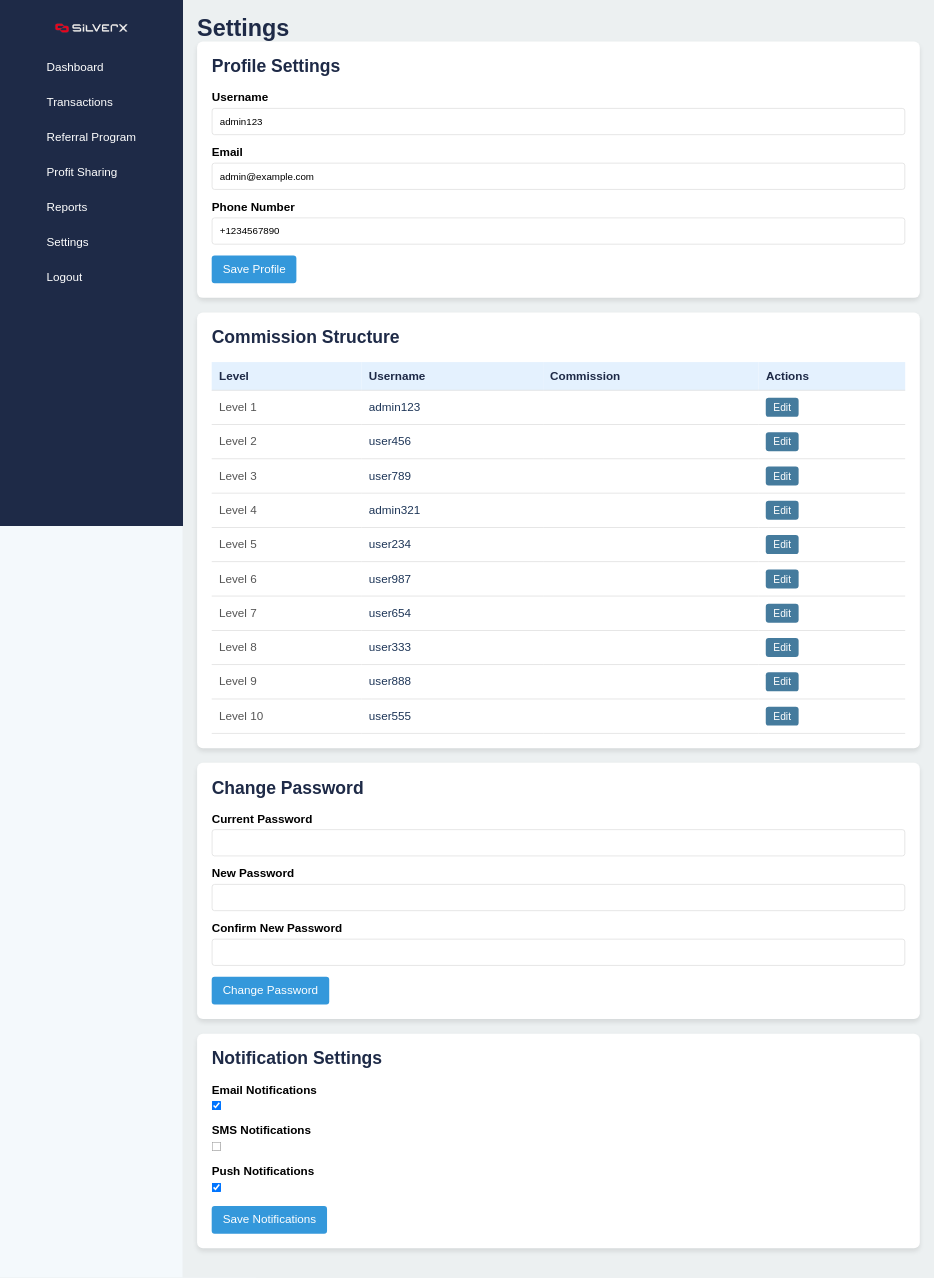
Repository: 2025silverx/slivedrX
Page: setting.html
The author's editor kept a copy of each file at every save. The page is drawn from the files as they stood at one save, then again after the next save.
The browser window is 1280 px wide. The pictures show the whole page, at 73% of full size.

Above is the page before, as saved 2025-01-19 14:25:27.

### setting.html
<!DOCTYPE html>
<html lang="en">
<head>
    <meta charset="UTF-8">
    <meta name="viewport" content="width=device-width, initial-scale=1.0">
    <title>Admin Panel - Settings</title>
    <link rel="stylesheet" href="settings.css">
</head>
<body>
    <!-- Sidebar -->
    <div id="sidebar-container">
        <div class="sidebar">
            <img src="images/logo.png" alt="Sidebar Logo" class="sidebar-logo">
            <ul class="sidebar-links">
                <li><a href="index.html" class="sidebar-link" data-target="dashboard">Dashboard</a></li>
                <li><a href="index2.html" class="sidebar-link" data-target="transactions">Transactions</a></li>
                <li><a href="indesx3.html" class="sidebar-link" data-target="reports">Referral Program</a></li>
                <li><a href="index4.html" class="sidebar-link" data-target="users">Profit Sharing</a></li>
                <li><a href="index5.html" class="sidebar-link" data-target="reports">Reports</a></li>
                <li><a href="setting.html" class="sidebar-link" data-target="settings">Settings</a></li>
                <li><a href="index5.html" class="sidebar-link" data-target="logout">Logout</a></li>
            </ul>
        </div>
    </div>


    <!-- Main Content -->
    <div class="main-content">
        <h1>Settings</h1>

        <!-- Profile Settings Section -->
        <div class="settings-section">
            <h2>Profile Settings</h2>
            <form class="settings-form">
                <div class="form-group">
                    <label for="username">Username</label>
                    <input type="text" id="username" name="username" value="admin123" required>
                </div>
                <div class="form-group">
                    <label for="email">Email</label>
                    <input type="email" id="email" name="email" value="admin@example.com" required>
                </div>
                <div class="form-group">
                    <label for="phone">Phone Number</label>
                    <input type="text" id="phone" name="phone" value="+1234567890" required>
                </div>
                <button type="submit" class="btn">Save Profile</button>
            </form>
        </div>

   <!-- Commission Structure Table -->
   <div class="settings-section">
    <h2>Commission Structure</h2>
    <table class="commission-table">
        <thead>
            <tr>
                <th>Level</th>
                <th>Username</th>
                <th>Commission</th>
                <th>Actions</th>
            </tr>
        </thead>
        <tbody>
            <tr>
                <td>Level 1</td>
                <td><span class="username">admin123</span></td>
                <td><div class="progress-bar high" style="width: 50%;"></div></td>
                <td><button class="edit-btn">Edit</button></td>
            </tr>
            <tr>
                <td>Level 2</td>
                <td><span class="username">user456</span></td>
                <td><div class="progress-bar high" style="width: 40%;"></div></td>
                <td><button class="edit-btn">Edit</button></td>
            </tr>
            <tr>
                <td>Level 3</td>
                <td><span class="username">user789</span></td>
                <td><div class="progress-bar medium" style="width: 30%;"></div></td>
                <td><button class="edit-btn">Edit</button></td>
            </tr>
            <tr>
                <td>Level 4</td>
                <td><span class="username">admin321</span></td>
                <td><div class="progress-bar medium" style="width: 25%;"></div></td>
                <td><button class="edit-btn">Edit</button></td>
            </tr>
            <tr>
                <td>Level 5</td>
                <td><span class="username">user234</span></td>
                <td><div class="progress-bar medium" style="width: 20%;"></div></td>
                <td><button class="edit-btn">Edit</button></td>
            </tr>
            <tr>
                <td>Level 6</td>
                <td><span class="username">user987</span></td>
                <td><div class="progress-bar medium" style="width: 18%;"></div></td>
                <td><button class="edit-btn">Edit</button></td>
            </tr>
            <tr>
                <td>Level 7</td>
                <td><span class="username">user654</span></td>
                <td><div class="progress-bar medium" style="width: 16%;"></div></td>
                <td><button class="edit-btn">Edit</button></td>
            </tr>
            <tr>
                <td>Level 8</td>
                <td><span class="username">user333</span></td>
                <td><div class="progress-bar low" style="width: 15%;"></div></td>
                <td><button class="edit-btn">Edit</button></td>
            </tr>
            <tr>
                <td>Level 9</td>
                <td><span class="username">user888</span></td>
                <td><div class="progress-bar low" style="width: 12%;"></div></td>
                <td><button class="edit-btn">Edit</button></td>
            </tr>
            <tr>
                <td>Level 10</td>
                <td><span class="username">user555</span></td>
                <td><div class="progress-bar low" style="width: 10%;"></div></td>
                <td><button class="edit-btn">Edit</button></td>
            </tr>
        </tbody>
    </table>
</div>

<!-- Change Password Section -->
<div class="settings-section">
    <h2>Change Password</h2>
    <form class="settings-form">
        <div class="form-group">
            <label for="current-password">Current Password</label>
            <input type="password" id="current-password" name="current-password" required>
        </div>
        <div class="form-group">
            <label for="new-password">New Password</label>
            <input type="password" id="new-password" name="new-password" required>
        </div>
        <div class="form-group">
            <label for="confirm-password">Confirm New Password</label>
            <input type="password" id="confirm-password" name="confirm-password" required>
        </div>
        <button type="submit" class="btn">Change Password</button>
    </form>
</div>

<!-- Notification Settings Section -->
<div class="settings-section">
    <h2>Notification Settings</h2>
    <form class="settings-form">
        <div class="form-group">
            <label for="email-notifications">Email Notifications</label>
            <input type="checkbox" id="email-notifications" name="email-notifications" checked>
        </div>
        <div class="form-group">
            <label for="sms-notifications">SMS Notifications</label>
            <input type="checkbox" id="sms-notifications" name="sms-notifications">
        </div>
        <div class="form-group">
            <label for="push-notifications">Push Notifications</label>
            <input type="checkbox" id="push-notifications" name="push-notifications" checked>
        </div>
        <button type="submit" class="btn">Save Notifications</button>
    </form>
</div>
</div>

<script src="settings.js"></script>
</body>
</html>

### settings.css
/* Reset some default styles */
* {
    margin: 0;
    padding: 0;
    box-sizing: border-box;
}

/* General Styles */
body {
    font-family: Arial, sans-serif;
    background-color: #f4f9fc; /* Light blue background */
    margin: 0;
    padding: 0;
    display: flex;
}

h1, h2 {
    color: #1E2A47; /* Dark blue for headers */
}

/* Sidebar Styles */
#sidebar-container {
    position: fixed;
    width: 250px;
    height: 100%;
    background-color: #1E2A47; /* Bluish background */
    color: white;
    padding-top: 20px;
}

.sidebar {
    display: flex;
    flex-direction: column;
    align-items: center;
}

.sidebar-logo {
    width: 100px;
    margin-bottom: 20px;
}

.sidebar-links {
    list-style: none;
    padding: 0;
}

.sidebar-link {
    text-decoration: none;
    color: white;
    padding: 10px 20px;
    display: block;
    width: 100%;
    margin-bottom: 10px;
    border-radius: 4px;
    transition: background-color 0.3s;
}

.sidebar-link:hover {
    background-color: #3C4A78; /* Lighter bluish hover effect */
}

/* Main Content Styles */
.main-content {
    margin-left: 250px; /* Sidebar width */
    padding: 20px;
    flex: 1;
    background-color: #ecf0f1;
    min-height: 100vh;
}

/* Settings Section Styles */
.settings-section {
    background: #ffffff;
    padding: 20px;
    border-radius: 8px;
    box-shadow: 0 4px 8px rgba(0, 0, 0, 0.1);
    margin-bottom: 20px;
}

.settings-section h2 {
    margin-bottom: 20px;
}

/* Form Group Styles */
.form-group {
    margin-bottom: 15px;
}

.form-group label {
    display: block;
    margin-bottom: 5px;
    font-weight: bold;
}

.form-group input {
    width: 100%;
    padding: 10px;
    border: 1px solid #ddd;
    border-radius: 4px;
}

.form-group input[type="checkbox"] {
    width: auto;
}

.form-group input:focus {
    border-color: #3498db;
    outline: none;
}

/* Button Styles */
.btn {
    padding: 10px 15px;
    background: #3498db;
    color: white;
    border: none;
    border-radius: 4px;
    cursor: pointer;
    font-size: 16px;
}

.btn:hover {
    background: #2980b9;
}

/* Commission Table Styles */
.commission-table {
    width: 100%;
    border-collapse: collapse;
    margin-top: 20px;
}

.commission-table th,
.commission-table td {
    padding: 10px;
    text-align: left;
    border-bottom: 1px solid #ddd;
}

.commission-table th {
    background-color: #E4F1FE; /* Light blue background for header */
    color: #1E2A47; /* Dark blue for text */
}

.commission-table td {
    background-color: #fff;
    color: #555;
}

.commission-table tr:hover {
    background-color: #f1f9fc; /* Light hover effect */
}

/* Percentage Label Colors */
.commission-table td span {
    font-weight: bold;
}

.commission-table td span.low {
    color: #FF5722; /* Red for lower percentages */
}

.commission-table td span.medium {
    color: #FFC107; /* Amber for medium percentages */
}

.commission-table td span.high {
    color: #4CAF50; /* Green for higher percentages */
}

/* Status Button Styles */
.status-btn {
    padding: 6px 12px;
    border-radius: 20px;
    color: white;
    font-size: 14px;
    cursor: pointer;
    border: none;
}

.status-btn.active {
    background-color: #4c80a3; /* Bluish active status */
}

.status-btn.inactive {
    background-color: #a0c4d7; /* Light bluish for inactive */
}

/* Action Button Styles */
.action-btn {
    padding: 8px 15px;
    border: none;
    cursor: pointer;
    margin: 5px;
    border-radius: 5px;
    font-size: 14px;
}

.action-btn.view {
    background-color: #457b9d; /* Bluish for view button */
    color: white;
}

.action-btn.edit {
    background-color: #5fa6d3; /* Lighter bluish for edit button */
    color: white;
}

.action-btn.delete {
    background-color: #dc3545;
    color: white;
}

.action-btn.show-password {
    background-color: #17a2b8;
    color: white;
}

/* Commission Table Username Styles */
.commission-table td .username {
    font-weight: normal;
    color: #1d3557; /* Dark blue for username */
}

/* Edit Button Styles */
.edit-btn {
    background-color: #457b9d; /* Bluish edit button */
    color: white;
    border: none;
    padding: 5px 10px;
    border-radius: 4px;
    cursor: pointer;
    font-size: 14px;
    transition: background-color 0.3s;
}

.edit-btn:hover {
    background-color: #1d3557; /* Dark bluish on hover */
}

### settings.js
// This script handles form submission and any additional interactivity (if needed).
document.querySelectorAll('.settings-form').forEach(form => {
    form.addEventListener('submit', function(event) {
        event.preventDefault();
        alert('Settings saved successfully!');
    });
});

After the next save:
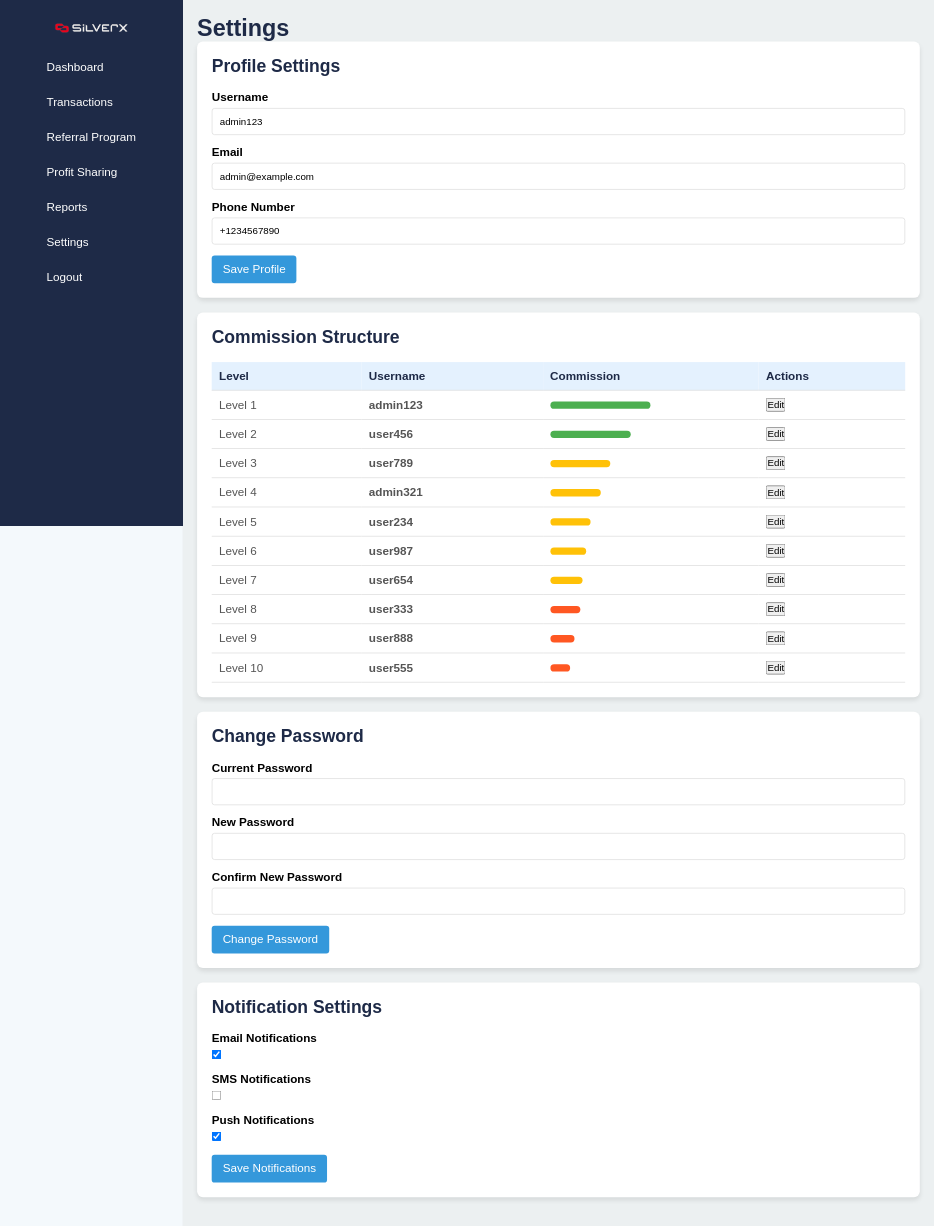
Saved 49 s later.
--- a/settings.css
+++ b/settings.css
@@ -216,24 +216,21 @@ h1, h2 {
     color: white;
 }
 
-/* Commission Table Username Styles */
-.commission-table td .username {
-    font-weight: normal;
-    color: #1d3557; /* Dark blue for username */
-}
-
-/* Edit Button Styles */
-.edit-btn {
-    background-color: #457b9d; /* Bluish edit button */
-    color: white;
-    border: none;
-    padding: 5px 10px;
-    border-radius: 4px;
-    cursor: pointer;
-    font-size: 14px;
-    transition: background-color 0.3s;
-}
-
-.edit-btn:hover {
-    background-color: #1d3557; /* Dark bluish on hover */
-}
+/* Commission Table Progress Bar Styles */
+.progress-bar {
+    height: 10px;
+    border-radius: 5px;
+    background-color: #ddd; /* Gray background for progress bar */
+}
+
+.progress-bar.high {
+    background-color: #4CAF50; /* Green for higher commissions */
+}
+
+.progress-bar.medium {
+    background-color: #FFC107; /* Amber for medium commissions */
+}
+
+.progress-bar.low {
+    background-color: #FF5722; /* Red for lower commissions */
+}
